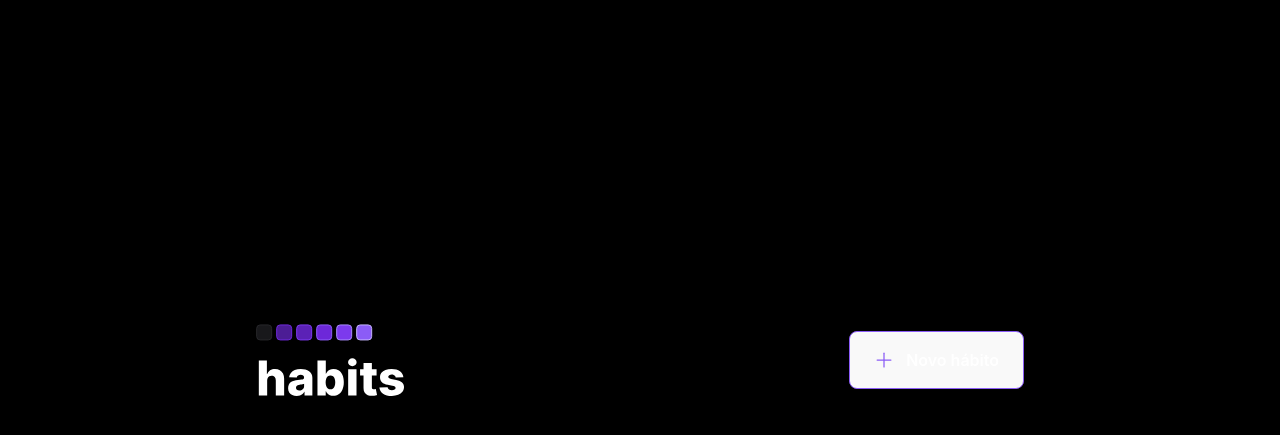
Repository: Herlander929/Setup-Constolador-de-h-bitos
Page: / (app in front-end/web/), after clicking the first element matching `button.border`
These files come from the project's save history. The page is drawn as it stood at one moment and after the next save; the edit follows.
The browser window is 1280 px wide. The pictures show the whole page.
The project was rebuilt for these pictures with package versions that can differ from the ones it lists, and the page was loaded fresh each time. Also part of the build but not shown: front-end/web/vite.config.ts.

Above is the page before, as saved 2023-01-19 11:57:31.

### front-end/web/index.html
<!DOCTYPE html>
<html lang="en">
  <head>
    <meta charset="UTF-8" />
    <link rel="icon" type="image/svg+xml" href="/vite.svg" />
    <meta name="viewport" content="width=device-width, initial-scale=1.0" />
    <title>Vite + React + TS</title>
  </head>
  <body class="bg-black text-white">
    <div id="root"></div>
    <script type="module" src="/src/main.tsx"></script>
  </body>
</html>

### front-end/web/src/App.tsx
import { Header } from './componentes/Header';
import  {SummaryTable } from './componentes/SummaryTable';
import './styles/global.css';



function App() {

  return (
    <div className="w-screen h-screen flex justify-center items-center">
      <div className="w-full max-w-5xl px-6, flex flex-col gap-16">
    <Header/>
    <SummaryTable/>
      </div>

    </div>
  )
}

export default App

### front-end/web/src/componentes/Header.tsx
import LogoImage from '../assets/logo.svg'
import {Plus} from 'phosphor-react'


export function Header(){
    return (
        <div className="w-full max-w-3xl mx-auto flex items-center justify-between">
        <img src={LogoImage} alt="habits"/>
        <button
        type="button"
        className="border border-violet-500 font-semibold rounded-lg px-6 py-4 flex items-center gap-3 hover:border-violet-300"
        >
          <Plus size={20} className="text-violet-500"/>
            Novo hábito
        </button>
        </div>
    )
}

### front-end/web/src/componentes/SummaryTable.tsx



export function SummaryTable () {

}

### front-end/web/tailwind.config.cjs
/** @type {import('tailwindcss').Config} */
module.exports = {
  content: [
    './src/**/*.tsx',
    './index.html'
  ],
  theme: {
    extend: {
      colors:{
        background: '#09090A'
      },
      gridTemplateRows: {
        7: 'repeat(7,minmax(0, 1fr))'
      },
    },
  },
  plugins: [],
}

Loaded but not shown: front-end/web/src/main.tsx (common file); front-end/web/src/index.css (common file); front-end/web/src/styles/global.css (common file)

After the next save:
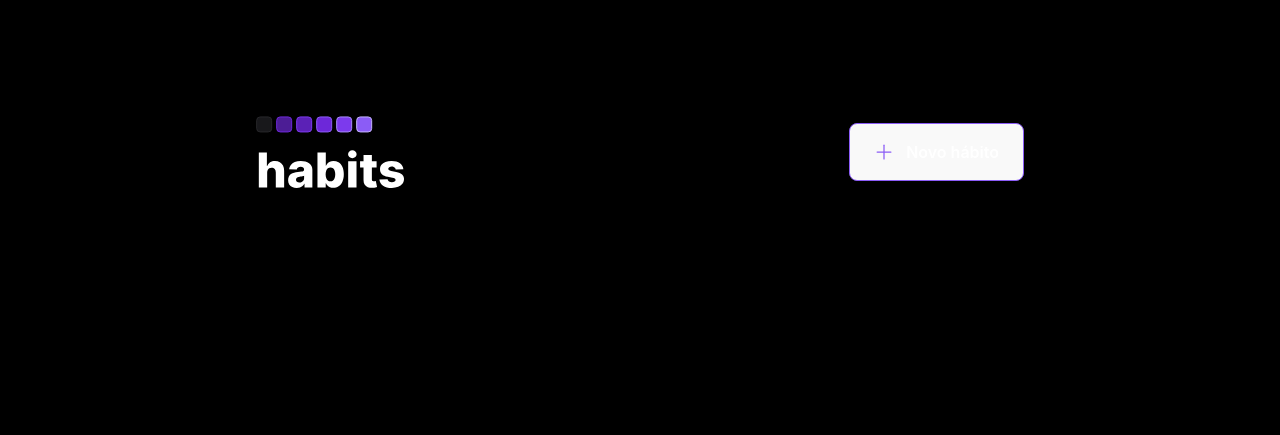
Saved 2 min 15 s later.
--- a/front-end/web/src/componentes/SummaryTable.tsx
+++ b/front-end/web/src/componentes/SummaryTable.tsx
@@ -3,4 +3,15 @@
 
 export function SummaryTable () {
 
+
+    return (
+        <div className="w-full flex">
+            <div className="grid grid-rows-7 grid-flow-row gap-3">
+                <div className="text-zinc-400 text-xl h-10 w-10 flex items-center justify-center">
+
+                </div>
+
+            </div>
+        </div>
+    )
 }
